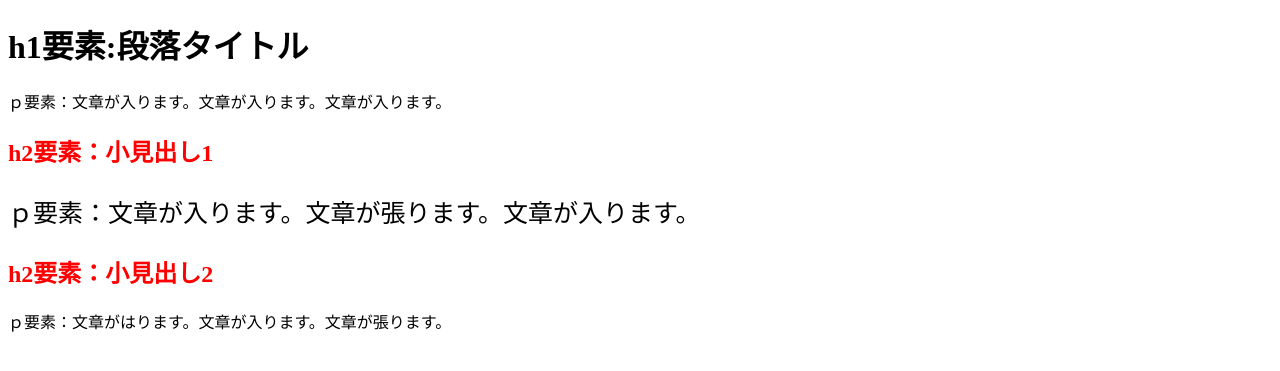
Repository: kinjoushuji/samurai_HTML-CSS
Page: index.html
The author's editor kept a record of every edit. The page is drawn from the files as they stood at one moment, then again after the next edit.
The browser window is 1280 px wide. The pictures show the whole page.

Above is the page before.

After the next edit:
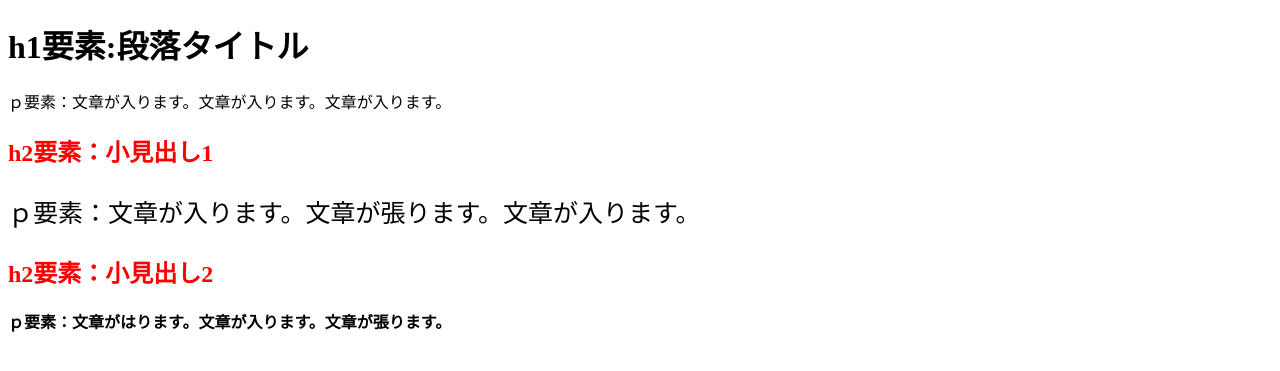
The edit:
--- a/index.html
+++ b/index.html
@@ -15,6 +15,6 @@
     <h2>h2要素：小見出し1</h2>
     <p style="font-size: 25px;">ｐ要素：文章が入ります。文章が張ります。文章が入ります。</p>
     <h2>h2要素：小見出し2</h2>
-    <p>ｐ要素：文章がはります。文章が入ります。文章が張ります。</p>
+    <p style="font-weight: bold;">ｐ要素：文章がはります。文章が入ります。文章が張ります。</p>
   </body>
 </html>
